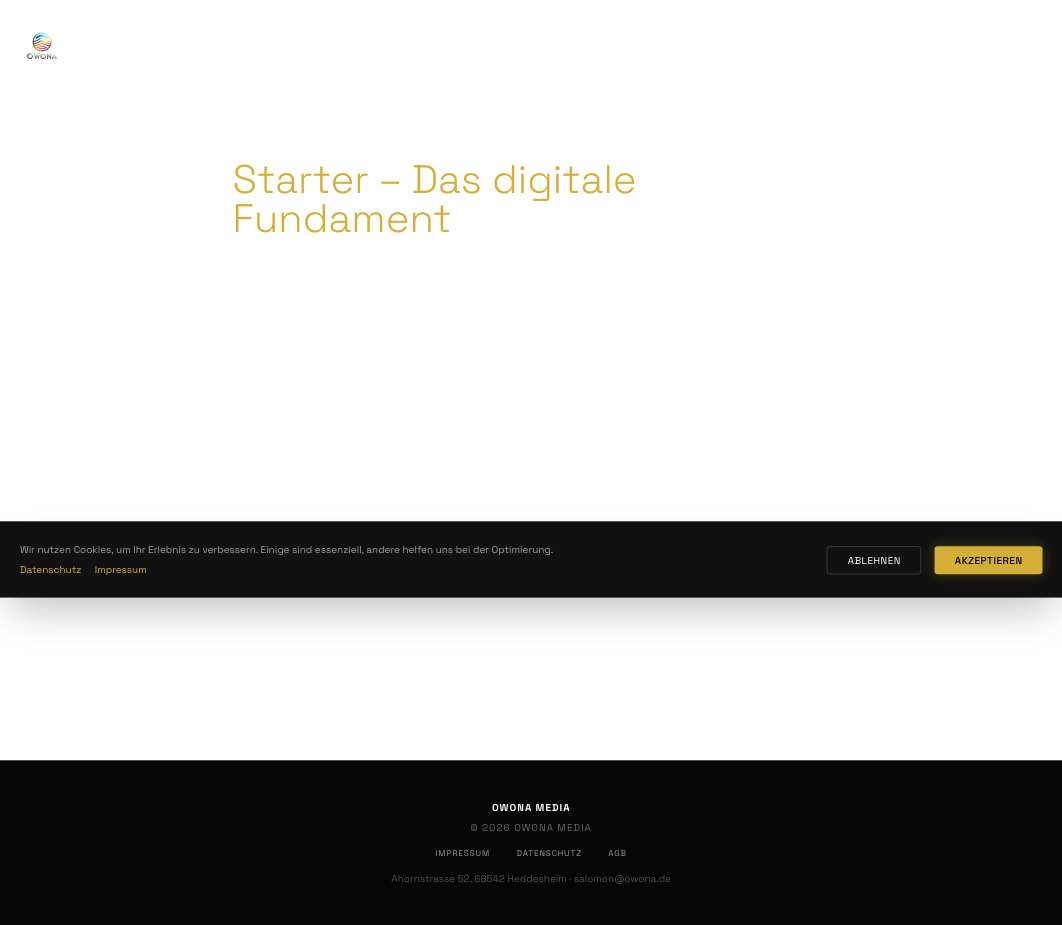
Repository: OwonaMedia/OMedia
Page: /produkte/starter
The author's editor kept a copy of each file at every save. The page is drawn from the files as they stood at one save, then again after the next save.
The browser window is 1280 px wide. The pictures show the whole page, at 83% of full size.
The project was rebuilt for these pictures with package versions that can differ from the ones it lists, and the page was loaded fresh each time. Also part of the build but not shown: src/pages/Home.tsx, src/pages/Login.tsx, src/pages/dashboard/Overview.tsx, src/pages/dashboard/Projects.tsx, src/pages/dashboard/Invoices.tsx, src/pages/dashboard/Files.tsx, src/pages/dashboard/Settings.tsx, src/pages/Dashboard.tsx and 7 more. Imported but missing from the stored project, and not drawn on this page: src/pages/legal/AGB, src/pages/legal/Datenschutz, src/pages/legal/Impressum.

Above is the page before, as saved 2026-01-20 17:57:34.

### index.html
<!doctype html>
<html lang="de">
  <head>
    <meta charset="UTF-8" />
    <meta name="viewport" content="width=device-width, initial-scale=1.0" />
    <title>Owona Media</title>
    <meta name="description" content="Owona Media - Webentwicklung & Digital Solutions">
    <link rel="icon" type="image/png" href="/src/assets/favcon.png" />
    <link href="https://fonts.googleapis.com/css2?family=Space+Grotesk:wght@300;400;500;600;700&display=swap" rel="stylesheet">
  </head>
  <body>
    <div id="root"></div>
    <script type="module" src="/src/main.tsx"></script>
  </body>
</html>

### src/main.tsx

import React from 'react'
import ReactDOM from 'react-dom/client'
import { BrowserRouter } from 'react-router-dom'
import App from './App'
import './index.css'
import { TranslationProvider } from './TranslationContext';

ReactDOM.createRoot(document.getElementById('root')!).render(
  <React.StrictMode>
    <TranslationProvider>
      <BrowserRouter>
        <App />
      </BrowserRouter>
    </TranslationProvider>
  </React.StrictMode>,
)

### src/App.tsx
import { Routes, Route, useLocation } from 'react-router-dom';
import { useEffect } from 'react';
import Layout from './components/layout/Layout';
import Home from './pages/Home';
import Impressum from './pages/legal/Impressum';
import Datenschutz from './pages/legal/Datenschutz';
import AGB from './pages/legal/AGB';
import Login from './pages/Login';
import Dashboard from './pages/Dashboard';
import Produkte from './pages/Produkte';
import ProductStarter from './pages/ProductStarter';
import ProductPro from './pages/ProductPro';
import ProductEnterprise from './pages/ProductEnterprise';
import Abo from './pages/Abo';
import Ueber from './pages/Ueber';
import Kontakt from './pages/Kontakt';
import Blog from './pages/Blog';
import { TranslationProvider } from './TranslationContext';

function ScrollToTop() {
  const { pathname } = useLocation();
  useEffect(() => {
    window.scrollTo(0, 0);
  }, [pathname]);
  return null;
}

export default function App() {
  const location = useLocation();
  // Dashboard gets its own layout, all others use Layout
  const isDashboard = location.pathname.startsWith('/dashboard');

  return (
    <TranslationProvider>
      <ScrollToTop />
      <Routes>
        {/* All main pages wrapped in Layout for consistent Header/Footer/CookieBanner */}
        <Route path="/" element={<Layout><Home /></Layout>} />
        <Route path="/impressum" element={<Impressum />} />
        <Route path="/datenschutz" element={<Datenschutz />} />
        <Route path="/agb" element={<AGB />} />
        <Route path="/produkte" element={<Layout darkBg={false}><Produkte /></Layout>} />
        <Route path="/produkte/starter" element={<Layout darkBg={false}><ProductStarter /></Layout>} />
        <Route path="/produkte/pro" element={<Layout darkBg={false}><ProductPro /></Layout>} />
        <Route path="/produkte/enterprise" element={<Layout darkBg={false}><ProductEnterprise /></Layout>} />
        <Route path="/abo" element={<Layout darkBg={false}><Abo /></Layout>} />
        <Route path="/ueber" element={<Layout darkBg={false}><Ueber /></Layout>} />
        <Route path="/kontakt" element={<Layout darkBg={false}><Kontakt /></Layout>} />
        <Route path="/blog" element={<Layout darkBg={false}><Blog /></Layout>} />
        {/* Login and Dashboard can use their own layout or be standalone */}
        <Route path="/login" element={<Login />} />
        <Route path="/dashboard/*" element={<Layout darkBg={false}><Dashboard /></Layout>} />
      </Routes>
    </TranslationProvider>
  );
}

### src/index.css
@import "tailwindcss";


html {
  scroll-behavior: smooth;
}

body {
  background: #000;
  overflow-x: hidden;
  font-family: 'Space Grotesk', sans-serif;
}

/* Custom Cursor */
.cursor-custom {
  width: 20px;
  height: 20px;
  border: 1px solid rgba(212, 175, 55, 0.5);
  border-radius: 50%;
  position: fixed;
  pointer-events: none;
  z-index: 9999;
  transition: transform 0.1s ease, width 0.3s ease, height 0.3s ease;
  mix-blend-mode: difference;
  transform: translate(-50%, -50%);
}

/* Stars Background */
.stars {
  position: fixed;
  inset: 0;
  pointer-events: none;
  background-image:
    radial-gradient(1px 1px at 20px 30px, rgba(255,255,255,0.2), transparent),
    radial-gradient(1.5px 1.5px at 100px 100px, rgba(212, 175, 55, 0.1), transparent),
    radial-gradient(1px 1px at 200px 300px, rgba(255,255,255,0.1), transparent);
  background-size: 400px 400px;
  opacity: 0.5;
}

/* Hamburger Button */
.hamburger {
  position: fixed;
  top: 24px;
  right: 32px;
  z-index: 120;
  display: flex;
  flex-direction: column;
  justify-content: space-between;
  width: 32px;
  height: 24px;
  cursor: pointer !important;
  transition: transform 0.3s;
}

.hamburger span {
  display: block;
  height: 4px;
  width: 100%;
  background: white;
  border-radius: 2px;
  transition: all 0.3s ease;
  transform-origin: center;
}

.hamburger.active span:nth-child(1) {
  transform: translateY(10px) rotate(45deg);
}

.hamburger.active span:nth-child(2) {
  opacity: 0;
}

.hamburger.active span:nth-child(3) {
  transform: translateY(-10px) rotate(-45deg);
}

/* Menu Overlay */
.menu-overlay {
  position: fixed;
  inset: 0;
  background: rgba(0, 0, 0, 0.7);
  backdrop-filter: blur(4px);
  z-index: 110;
  opacity: 0;
  pointer-events: none;
  transition: opacity 0.3s;
}

.menu-overlay.show {
  opacity: 1;
  pointer-events: auto;
}

/* Sidebar Menu */
.sidebar-menu {
  position: fixed;
  top: 16px;
  right: 16px;
  width: auto;
  min-width: 250px;
  max-width: 320px;
  background: #111;
  z-index: 130;
  padding: 32px;
  transform: translateX(calc(100% + 20px));
  transition: transform 0.3s ease;
  border-radius: 12px;
  border: 1px solid rgba(255, 255, 255, 0.1);
  box-shadow: 0 8px 32px rgba(0, 0, 0, 0.5);
}

.sidebar-menu.open {
  transform: translateX(0);
}

/* Reveal animations */
.reveal {
  opacity: 0;
  transform: translateY(40px);
  transition: all 1.2s cubic-bezier(0.16, 1, 0.3, 1);
}

.reveal.visible {
  opacity: 1;
  transform: translateY(0);
}

/* Product Card */
.product-card {
  background: rgba(255,255,255,0.01);
  border: 1px solid rgba(255,255,255,0.05);
  transition: all 0.6s cubic-bezier(0.16, 1, 0.3, 1);
  position: relative;
  overflow: hidden;
}

.product-card:hover {
  border-color: rgba(212, 175, 55, 0.3);
  background: rgba(212, 175, 55, 0.02);
  transform: translateY(-5px);
}

/* Detail Overlay */
.detail-overlay {
  position: fixed;
  inset: 0;
  background: #000;
  z-index: 100;
  opacity: 0;
  transition: opacity 0.5s ease;
  overflow-y: auto;
  padding: 4rem 2rem;
  pointer-events: none;
}

.detail-overlay.active {
  opacity: 1;
  pointer-events: auto;
}

/* Scrollbar */
::-webkit-scrollbar { width: 3px; }
::-webkit-scrollbar-track { background: #000; }
::-webkit-scrollbar-thumb { background: #D4AF37; }

### src/TranslationContext.tsx
import React, { createContext, useContext, useState, useEffect, ReactNode } from 'react';
import { translations } from './translations';

type Language = 'de' | 'en' | 'fr' | 'sw';

interface TranslationContextProps {
  lang: Language;
  setLang: (lang: Language) => void;
  t: (key: string) => string;
}

const TranslationContext = createContext<TranslationContextProps | undefined>(undefined);

export const TranslationProvider = ({ children }: { children: ReactNode }) => {
  const [lang, setLangState] = useState<Language>(() => {
    const stored = localStorage.getItem('lang') as Language;
    return stored || 'de';
  });

  useEffect(() => {
    localStorage.setItem('lang', lang);
  }, [lang]);


  const setLang = (newLang: Language) => {
    if (['de', 'en', 'fr', 'sw'].includes(newLang)) {
      setLangState(newLang);
    } else {
      console.warn(`Unknown language: ${newLang}`);
    }
  }

  const t = (key: string) => {
    console.log(`t() aufgerufen mit Key: '${key}', Sprache: '${lang}'`);
    const dict = translations[lang] || {};
    console.log('Verfügbare Keys für aktuelle Sprache:', Object.keys(dict));
    if (dict[key]) return dict[key];
    // Kein Fallback, sondern Key anzeigen
    console.warn(`Key '${key}' nicht gefunden in Sprache '${lang}'.`);
    return key;
  }

  return (
    <TranslationContext.Provider value={{ lang, setLang, t }}>
      {children}
    </TranslationContext.Provider>
  );
};

export function useTranslation() {
  const context = useContext(TranslationContext);
  if (!context) {
    throw new Error('useTranslation must be used within a TranslationProvider');
  }
  return context;
}

### src/components/layout/Layout.tsx
import { ReactNode } from 'react';
import Header from './Header';
import Footer from './Footer';
import CookieBanner from './CookieBanner';
import CustomCursor from '../ui/CustomCursor';

interface LayoutProps {
  children: ReactNode;
  darkBg?: boolean; // true = schwarzer Hintergrund (Hauptseite), false = weißer Hintergrund
}

export default function Layout({ children, darkBg = true }: LayoutProps) {
  return (
    <div className={darkBg ? 'bg-black text-white' : 'bg-white text-black'}>
      {/* Sterne-Hintergrund nur auf dunklen Seiten */}
      {darkBg && <div className="stars" />}

      <Header />
      <CustomCursor />

      <main className="min-h-screen pt-24">
        {children}
      </main>

      <footer className="px-8 py-12 border-t border-white/5 bg-[#050505] text-white text-xs text-center">
        <div className="mb-2 font-bold tracking-widest uppercase">Owona Media</div>
        <div className="mb-4 text-white/40 tracking-widest uppercase">© {new Date().getFullYear()} Owona Media</div>
        <div className="flex flex-wrap justify-center gap-8 text-[10px] tracking-widest uppercase text-white/60 mb-4">
          <a href="/impressum" className="hover:text-[#D4AF37] transition-colors">Impressum</a>
          <a href="/datenschutz" className="hover:text-[#D4AF37] transition-colors">Datenschutz</a>
          <a href="/agb" className="hover:text-[#D4AF37] transition-colors">AGB</a>
        </div>
        <div className="text-white/30">Ahornstrasse 52, 68542 Heddesheim · salomon@owona.de</div>
      </footer>
      <CookieBanner />
    </div>
  );
}

### src/pages/ProductStarter.tsx
import { useTranslation } from '../TranslationContext';

export default function ProductStarter() {
  const { t } = useTranslation();
  return (
    <div className="max-w-3xl mx-auto py-24 px-6">
      <h1 className="text-5xl font-light mb-8 text-[#D4AF37]">{t('product.starter.detail.title')}</h1>
      <div className="text-white/80 text-lg leading-relaxed space-y-6">
        <p>{t('product.starter.detail.target')}</p>
        <p>{t('product.starter.detail.features')}</p>
        <p>{t('product.starter.detail.benefits')}</p>
        <p>{t('product.starter.detail.tech')}</p>
        <p>{t('product.starter.detail.service')}</p>
        <p>{t('product.starter.detail.addons')}</p>
      </div>
    </div>
  );
}

### src/components/layout/CookieBanner.tsx

import { useState, useEffect } from 'react';
import { useTranslation } from '../../TranslationContext';

export default function CookieBanner() {
  const { t } = useTranslation();
  const [show, setShow] = useState(false);

  useEffect(() => {
    const consent = localStorage.getItem('cookie-consent');
    if (!consent) {
      // Kurze Verzögerung für nice UX
      const timer = setTimeout(() => setShow(true), 1000);
      return () => clearTimeout(timer);
    }
  }, []);

  const handleAccept = () => {
    localStorage.setItem('cookie-consent', 'accepted');
    setShow(false);
  };

  const handleDecline = () => {
    localStorage.setItem('cookie-consent', 'declined');
    setShow(false);
  };

  if (!show) return null;

  return (
    <div className="fixed bottom-0 left-0 right-0 z-[200] p-4 md:p-6 bg-[#111] border-t border-white/10 shadow-2xl animate-in slide-in-from-bottom-10 fade-in duration-500">
      <div className="max-w-7xl mx-auto flex flex-col md:flex-row items-center justify-between gap-6">
        <div className="text-xs text-white/60 leading-relaxed max-w-3xl">
          <p>
            {t('cookie.text') || "Wir nutzen Cookies, um Ihr Erlebnis auf unserer Website zu verbessern. Einige sind essenziell, andere helfen uns, diese Website und Ihre Erfahrung zu optimieren."}
          </p>
          <div className="mt-1">
            <a href="/datenschutz" className="text-[#D4AF37] hover:underline mr-4">{t('footer.privacy')}</a>
            <a href="/impressum" className="text-[#D4AF37] hover:underline">{t('footer.impressum')}</a>
          </div>
        </div>
        <div className="flex gap-4 shrink-0">
          <button
            onClick={handleDecline}
            className="px-6 py-2 border border-white/20 rounded text-xs text-white hover:bg-white/5 transition-colors uppercase tracking-wider"
          >
            {t('cookie.decline') || "Ablehnen"}
          </button>
          <button
            onClick={handleAccept}
            className="px-6 py-2 bg-[#D4AF37] text-black font-medium rounded text-xs hover:bg-[#b5952f] transition-colors uppercase tracking-wider shadow-[0_0_15px_rgba(212,175,55,0.3)]"
          >
            {t('cookie.accept') || "Akzeptieren"}
          </button>
        </div>
      </div>
    </div>
  );
}

### src/components/ui/CustomCursor.tsx
import { useEffect, useRef } from 'react';

export default function CustomCursor() {
  const cursorRef = useRef<HTMLDivElement>(null);

  useEffect(() => {
    const cursor = cursorRef.current;
    if (!cursor) return;

    const handleMouseMove = (e: MouseEvent) => {
      cursor.style.left = `${e.clientX}px`;
      cursor.style.top = `${e.clientY}px`;
    };

    document.addEventListener('mousemove', handleMouseMove);
    return () => document.removeEventListener('mousemove', handleMouseMove);
  }, []);

  return <div ref={cursorRef} className="cursor-custom" style={{left: '-20px', top: '-20px'}} />;
}

### src/components/LogoO.tsx
import React from 'react';
import logo from '../assets/logo.png';

export function LogoO({ className = '', style = {} }) {
  return (
    <img src={logo} alt="Owona Media Logo" className={className} style={style} />
  );
}

export default LogoO;

Loaded but not shown: src/translations.ts (803 lines, source omitted); src/components/layout/Header.tsx (101 lines, source omitted)

After the next save:
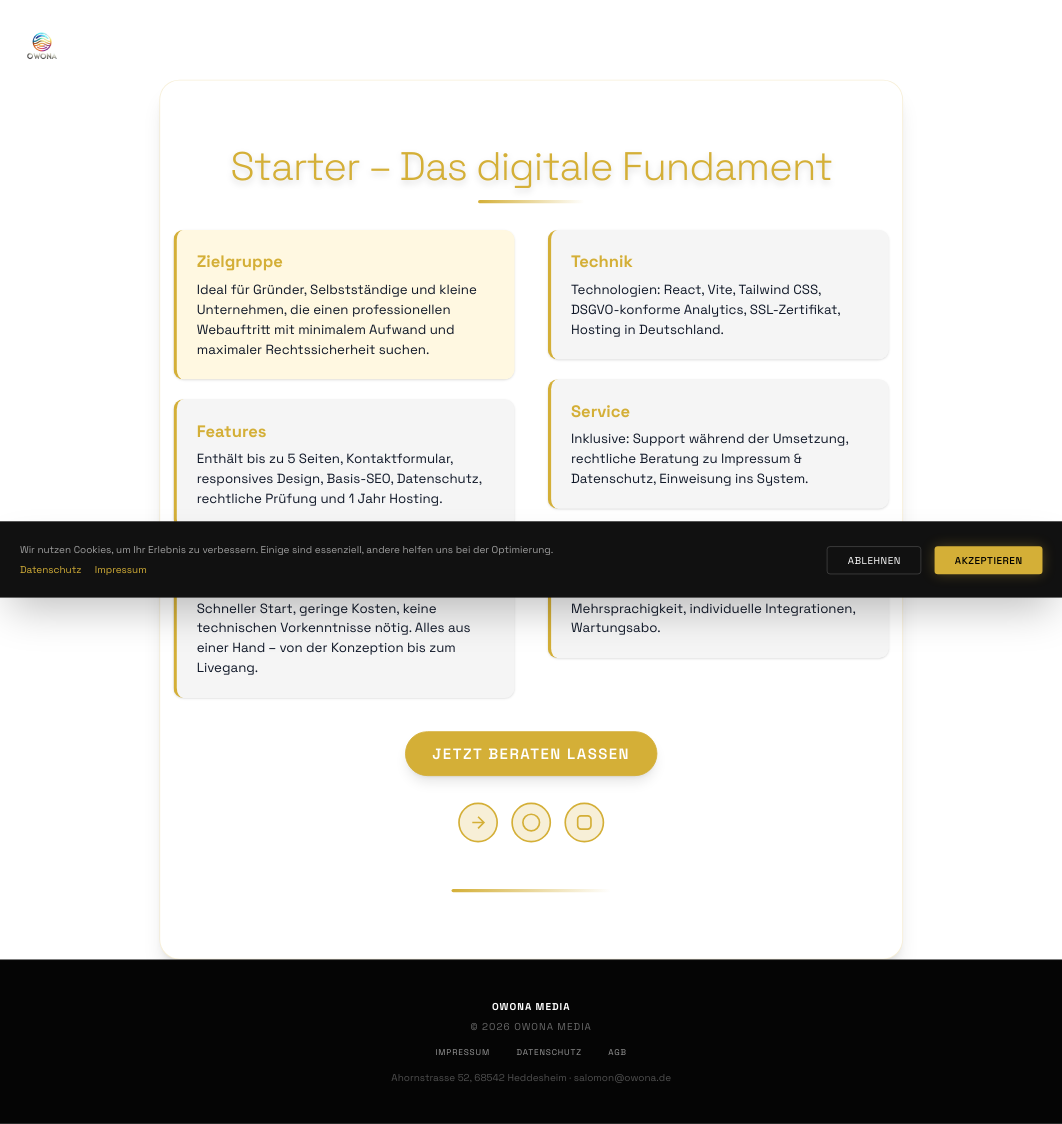
Saved 6 min 54 s later.
--- a/src/pages/ProductStarter.tsx
+++ b/src/pages/ProductStarter.tsx
@@ -1,17 +1,60 @@
+
 import { useTranslation } from '../TranslationContext';
 
 export default function ProductStarter() {
   const { t } = useTranslation();
   return (
-    <div className="max-w-3xl mx-auto py-24 px-6">
-      <h1 className="text-5xl font-light mb-8 text-[#D4AF37]">{t('product.starter.detail.title')}</h1>
-      <div className="text-white/80 text-lg leading-relaxed space-y-6">
-        <p>{t('product.starter.detail.target')}</p>
-        <p>{t('product.starter.detail.features')}</p>
-        <p>{t('product.starter.detail.benefits')}</p>
-        <p>{t('product.starter.detail.tech')}</p>
-        <p>{t('product.starter.detail.service')}</p>
-        <p>{t('product.starter.detail.addons')}</p>
+    <div className="max-w-4xl mx-auto py-20 px-4 bg-white rounded-3xl shadow-xl border border-[#D4AF37]/20">
+      <h1 className="text-5xl font-light mb-4 text-[#D4AF37] text-center tracking-tight drop-shadow-lg">{t('product.starter.detail.title')}</h1>
+      <div className="flex justify-center mb-8">
+        <div className="h-1 w-32 bg-gradient-to-r from-[#D4AF37] to-transparent rounded-full" />
+      </div>
+      <div className="grid md:grid-cols-2 gap-10 mb-10">
+        <div className="flex flex-col gap-6">
+          <div className="bg-[#FFF8E1] border-l-4 border-[#D4AF37] p-6 rounded-xl shadow-sm">
+            <h2 className="text-xl font-bold text-[#D4AF37] mb-2">Zielgruppe</h2>
+            <p className="text-gray-900 text-base">{t('product.starter.detail.target')}</p>
+          </div>
+          <div className="bg-[#F5F5F5] border-l-4 border-[#D4AF37] p-6 rounded-xl shadow-sm">
+            <h2 className="text-xl font-bold text-[#D4AF37] mb-2">Features</h2>
+            <p className="text-gray-900 text-base">{t('product.starter.detail.features')}</p>
+          </div>
+          <div className="bg-[#F5F5F5] border-l-4 border-[#D4AF37] p-6 rounded-xl shadow-sm">
+            <h2 className="text-xl font-bold text-[#D4AF37] mb-2">Vorteile</h2>
+            <p className="text-gray-900 text-base">{t('product.starter.detail.benefits')}</p>
+          </div>
+        </div>
+        <div className="flex flex-col gap-6">
+          <div className="bg-[#F5F5F5] border-l-4 border-[#D4AF37] p-6 rounded-xl shadow-sm">
+            <h2 className="text-xl font-bold text-[#D4AF37] mb-2">Technik</h2>
+            <p className="text-gray-900 text-base">{t('product.starter.detail.tech')}</p>
+          </div>
+          <div className="bg-[#F5F5F5] border-l-4 border-[#D4AF37] p-6 rounded-xl shadow-sm">
+            <h2 className="text-xl font-bold text-[#D4AF37] mb-2">Service</h2>
+            <p className="text-gray-900 text-base">{t('product.starter.detail.service')}</p>
+          </div>
+          <div className="bg-[#F5F5F5] border-l-4 border-[#D4AF37] p-6 rounded-xl shadow-sm">
+            <h2 className="text-xl font-bold text-[#D4AF37] mb-2">Add-ons</h2>
+            <p className="text-gray-900 text-base">{t('product.starter.detail.addons')}</p>
+          </div>
+        </div>
+      </div>
+      <div className="flex flex-col items-center gap-6 mt-8">
+        <a href="/kontakt" className="px-8 py-3 rounded-full bg-[#D4AF37] text-white font-semibold uppercase tracking-widest text-lg shadow-lg hover:bg-black hover:text-[#D4AF37] border border-[#D4AF37] transition">Jetzt beraten lassen</a>
+        <div className="flex gap-4 mt-2">
+          <div className="w-12 h-12 rounded-full bg-[#D4AF37]/20 flex items-center justify-center border-2 border-[#D4AF37]">
+            <svg width="24" height="24" fill="none" stroke="#D4AF37" strokeWidth="2" viewBox="0 0 24 24"><path d="M5 12h14M12 5l7 7-7 7" /></svg>
+          </div>
+          <div className="w-12 h-12 rounded-full bg-[#D4AF37]/20 flex items-center justify-center border-2 border-[#D4AF37]">
+            <svg width="24" height="24" fill="none" stroke="#D4AF37" strokeWidth="2" viewBox="0 0 24 24"><circle cx="12" cy="12" r="10" /></svg>
+          </div>
+          <div className="w-12 h-12 rounded-full bg-[#D4AF37]/20 flex items-center justify-center border-2 border-[#D4AF37]">
+            <svg width="24" height="24" fill="none" stroke="#D4AF37" strokeWidth="2" viewBox="0 0 24 24"><rect x="4" y="4" width="16" height="16" rx="4" /></svg>
+          </div>
+        </div>
+        <div className="w-full flex justify-center mt-8">
+          <div className="h-1 w-48 bg-gradient-to-r from-[#D4AF37] to-transparent rounded-full" />
+        </div>
       </div>
     </div>
   );
